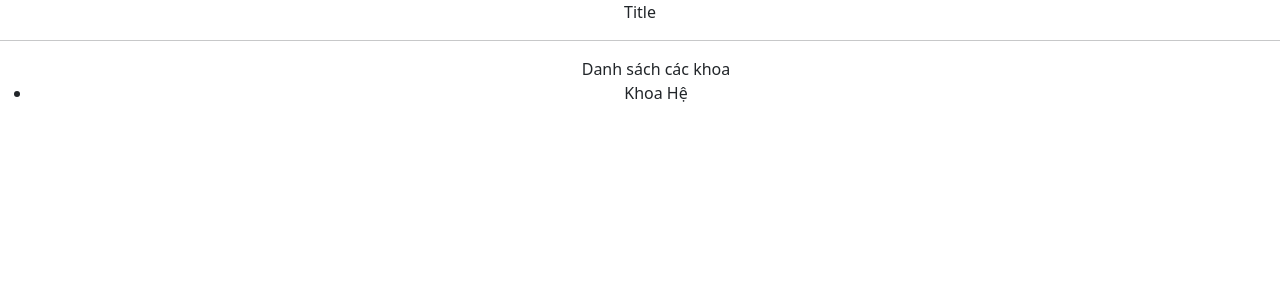
Repository: hoapham2k2/bai_tap_thuc_hanh_is207.n12
Page: index.html
These files come from the project's save history. The page is drawn as it stood at one moment and after the next save; the edit follows.
The browser window is 1280 px wide. The pictures show the whole page.

Above is the page before, as saved 2022-09-19 08:44:53.

### index.html
<!DOCTYPE html>
<html lang="en">

<head>
    <meta charset="UTF-8">
    <meta http-equiv="X-UA-Compatible" content="IE=edge">
    <meta name="viewport" content="width=device-width, initial-scale=1.0">
    <!-- Latest compiled and minified CSS -->
    <link href="https://cdn.jsdelivr.net/npm/bootstrap@5.2.1/dist/css/bootstrap.min.css" rel="stylesheet">

    <!-- Latest compiled JavaScript -->
    <script src="https://cdn.jsdelivr.net/npm/bootstrap@5.2.1/dist/js/bootstrap.bundle.min.js"></script>

    <title>Document</title>

    <style>
        *,
        *::before,
        *::after {
            box-sizing: border-box;
        }

        * {
            margin: 0;
            padding: 0;
            font: inherit;
        }

        body {
            line-height: 1.5;
        }

        img,
        picture,
        video,
        canvas,
        svg {
            display: block;
            max-width: 100%;
        }

        input,
        button,
        textarea,
        select {
            outline: none;
        }

        p,
        h1,
        h2,
        h3,
        h4,
        h5,
        h6 {
            overflow-wrap: break-word;
        }
    </style>
</head>

<body>

    <div class="wrapper text-center">
        <div class="wrapper_header">
            <div class="wrapper_header_logo"></div>
            <div class="wrapper_header_title">Title</div>
        </div>
        <hr>
        <div class="wrapper_body">
            <ul class="wrapper_list_1st">Danh sách các khoa
                <li class="wrapper_item">Khoa Hệ </li>
            </ul>
        </div>
</body>

</html>

After the next save:
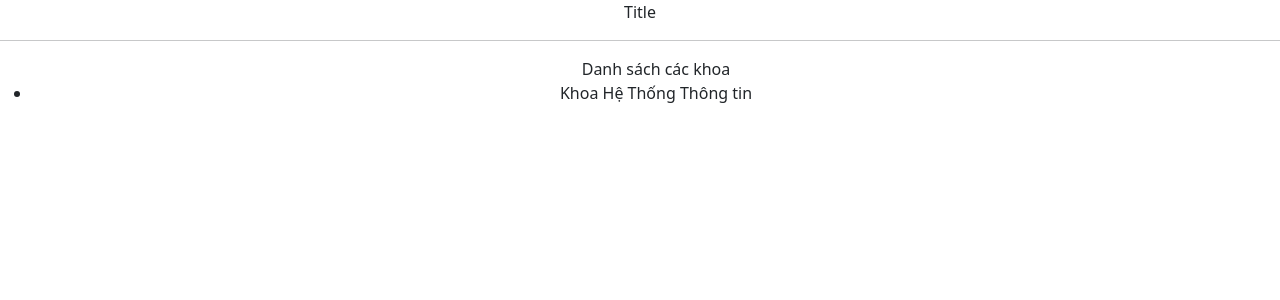
Saved 9 s later.
--- a/index.html
+++ b/index.html
@@ -68,7 +68,7 @@
         <hr>
         <div class="wrapper_body">
             <ul class="wrapper_list_1st">Danh sách các khoa
-                <li class="wrapper_item">Khoa Hệ </li>
+                <li class="wrapper_item">Khoa Hệ Thống Thông tin</li>
             </ul>
         </div>
 </body>
